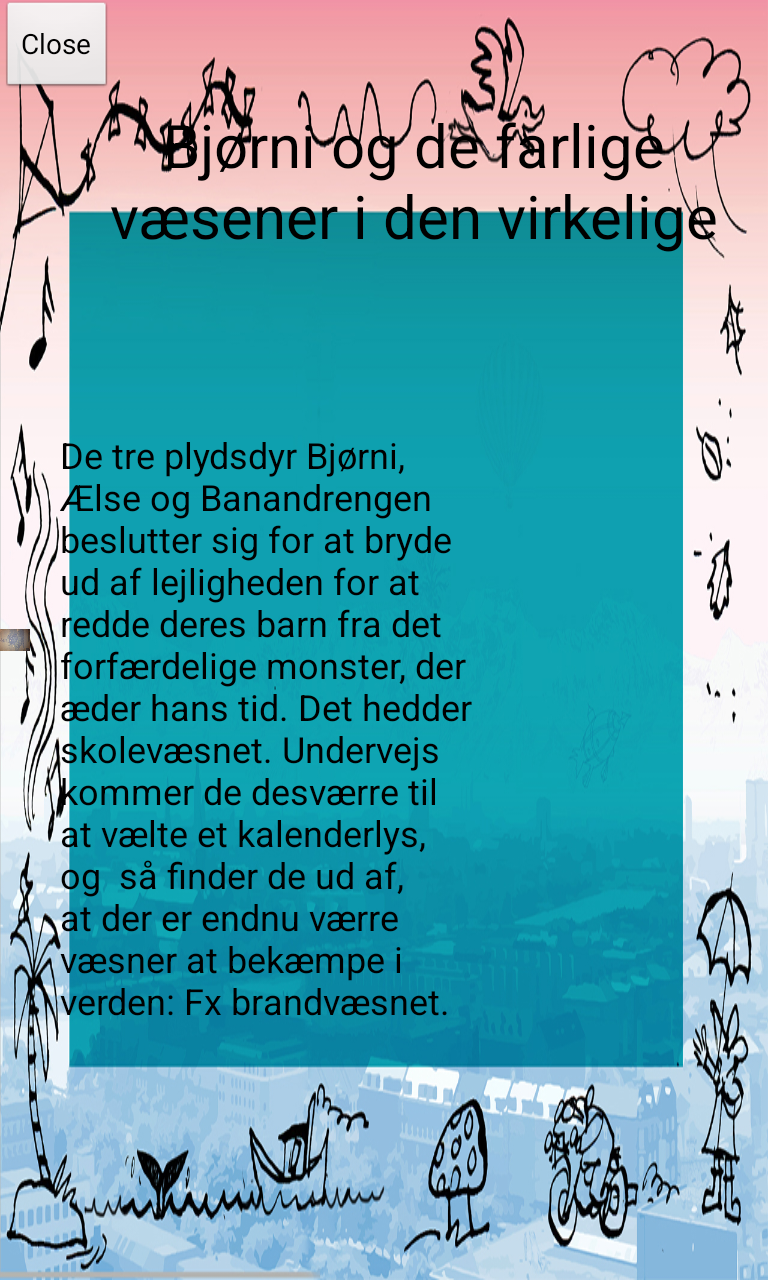
Repository: DreadMuffin/work
Layout: tablets/Historie/res/layout/popup1.xml
An editor plug-in stored every save of this project. The layout is shown before and after the next save, followed by the edit.
It is drawn on a 768 x 1280 px phone screen (xhdpi) without system bars, with theme android:Theme.NoTitleBar; the app's code is not run.

Above is the layout before, as saved 2015-02-26 05:10:36.

### tablets/Historie/res/layout/popup1.xml
<RelativeLayout xmlns:android="http://schemas.android.com/apk/res/android"
    xmlns:tools="http://schemas.android.com/tools"
    android:id="@+id/popup_element1"
    android:layout_width="match_parent"
    android:layout_height="match_parent"
    android:background="@drawable/popupwp"
    tools:context=".Historie" >

    <Button
        android:id="@+id/btn_close_popup"
        android:layout_width="wrap_content"
        android:layout_height="wrap_content"
        android:layout_gravity="center"
        android:text="Close" />

    <TextView
        android:id="@+id/textView1"
        android:layout_width="500dp"
        android:layout_height="75dp"
        android:layout_above="@+id/txt"
        android:layout_alignLeft="@+id/txt"
        android:layout_marginBottom="88dp"
        android:gravity="center"
        android:text="Bjørni og de farlige væsener i den virkelige verden"
        android:textColor="#000000"
        android:textSize="30sp" />

    <TextView
        android:id="@+id/txt"
        android:layout_width="500dp"
        android:layout_height="300dp"
        android:layout_alignParentBottom="true"
        android:layout_alignParentRight="true"
        android:layout_marginBottom="125dp"
        android:layout_marginLeft="30dp"
        android:layout_marginRight="143dp"
        android:text="De tre plydsdyr Bjørni, Ælse og Banandrengen beslutter sig for at bryde ud af lejligheden for at redde deres barn fra det
forfærdelige monster, der æder hans tid. Det hedder skolevæsnet. Undervejs kommer de desværre til at vælte et kalenderlys, og
så finder de ud af, at der er endnu værre væsner at bekæmpe i verden: Fx brandvæsnet. Og det ER bare ikke nemt at at slukke en
ildebrand, når man er lavet af plys og pladevat, og når ens bedste ven er skabt uden arme!"
        android:textColor="#000000"
        android:textSize="18sp" />

    <ImageView
        android:layout_width="505dp"
        android:layout_height="505dp"
        android:layout_marginRight="15dp"
        android:layout_centerVertical="true"
        android:layout_toLeftOf="@+id/textView1"
        android:src="@drawable/elvira500" />

    </RelativeLayout>

After the next save:
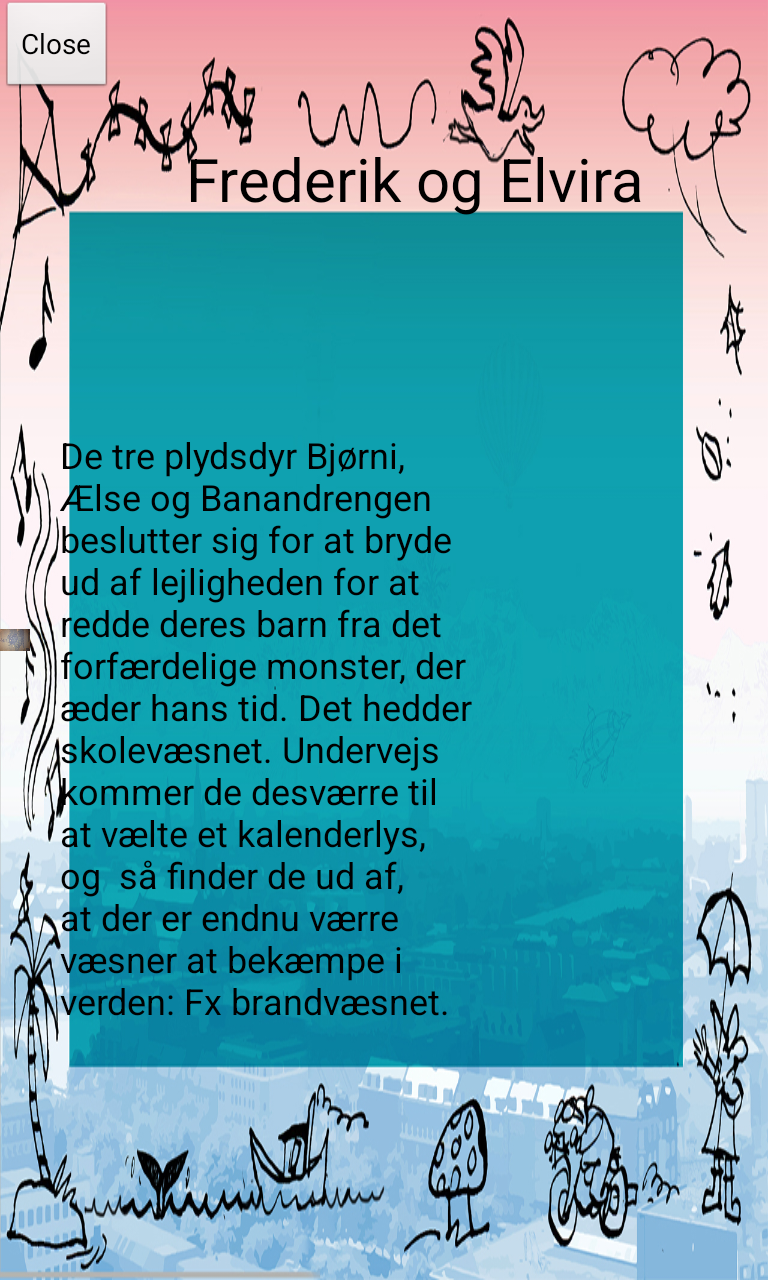
Saved 19 s later.
--- a/tablets/Historie/res/layout/popup1.xml
+++ b/tablets/Historie/res/layout/popup1.xml
@@ -21,7 +21,7 @@
         android:layout_alignLeft="@+id/txt"
         android:layout_marginBottom="88dp"
         android:gravity="center"
-        android:text="Bjørni og de farlige væsener i den virkelige verden"
+        android:text="Frederik og Elvira"
         android:textColor="#000000"
         android:textSize="30sp" />
 
